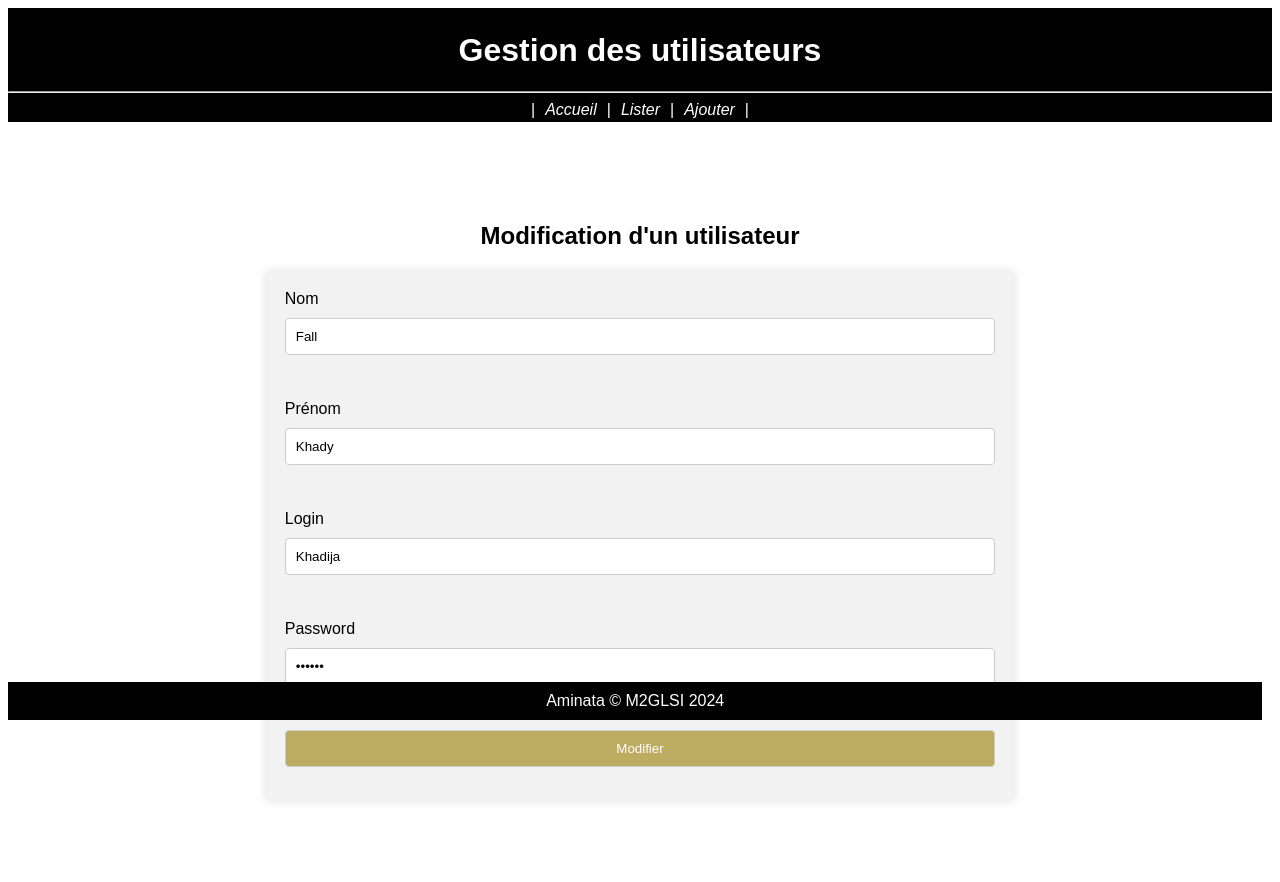
Repository: MariamaKessoBah/workspace
Page: http://localhost/gesusers3/update?id=1
The author's editor kept a copy of each file at every save. The page is drawn from the files as they stood at one save, then again after the next save.
The browser window is 1280 px wide. The pictures show the whole page.
The page is served by Tomcat 10.

Above is the page before, as saved 2024-04-25 10:23:51.

After the next save:
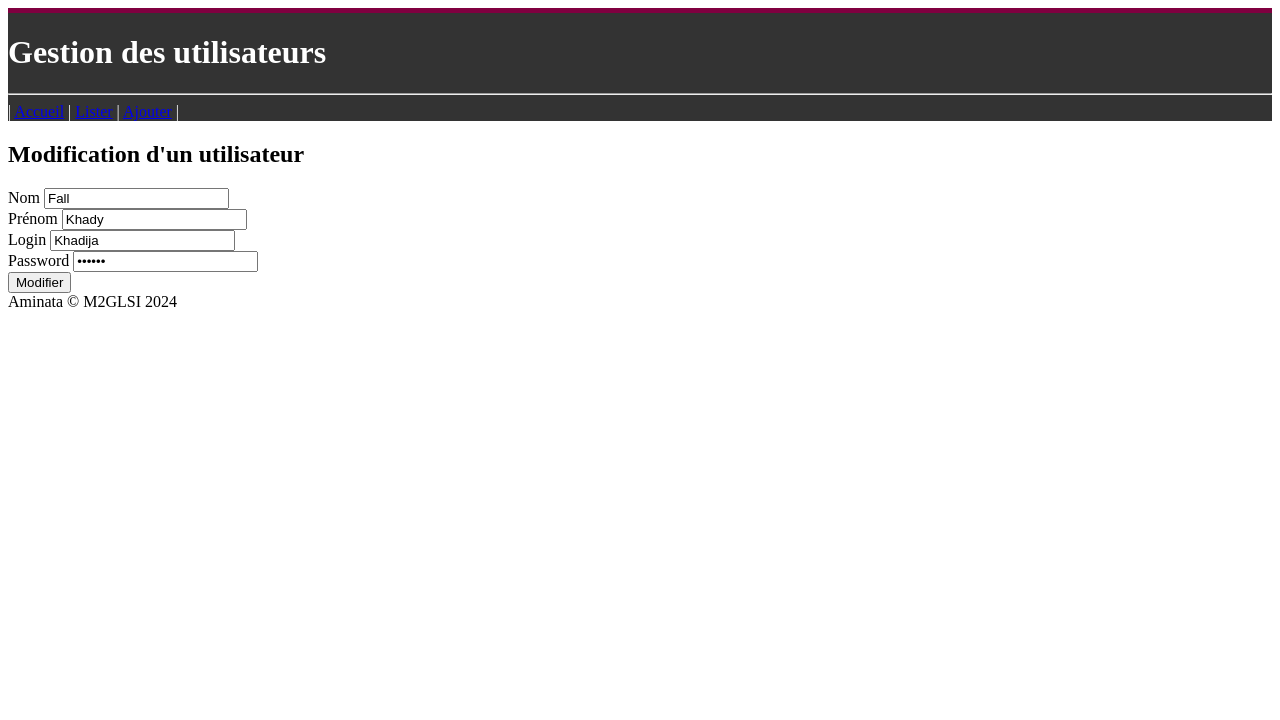
Saved 10 min 42 s later.
--- a/gesusers3/src/main/webapp/css/design.css
+++ b/gesusers3/src/main/webapp/css/design.css
@@ -1,6 +1,7 @@
 header {
-    background-color: rgb(1, 1, 2);
+	background-color: #333;
     color: #fff;
+    border-top: 5px solid #800040; /* Bordure supérieure bleue *
     padding: 3px 0;
     text-align: center;
     font-family: "Arial", sans-serif;
